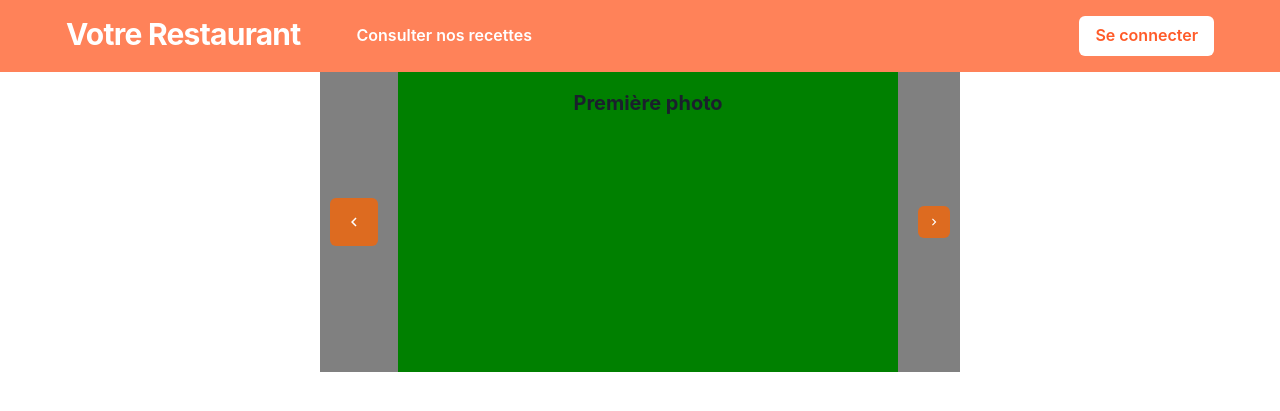
Repository: Ecaron76/tp-restau-next
Page: /
These files come from the project's save history. The page is drawn as it stood at one moment and after the next save; the edit follows.
The browser window is 1280 px wide. The pictures show the whole page.
The project was rebuilt for these pictures with package versions that can differ from the ones it lists, and the page was loaded fresh each time. The framework's server and built-in components were replaced by stand-ins that run in the browser. Also part of the build but not shown: next.config.mjs.

Above is the page before, as saved 2024-02-25 18:57:45.

After the next save:
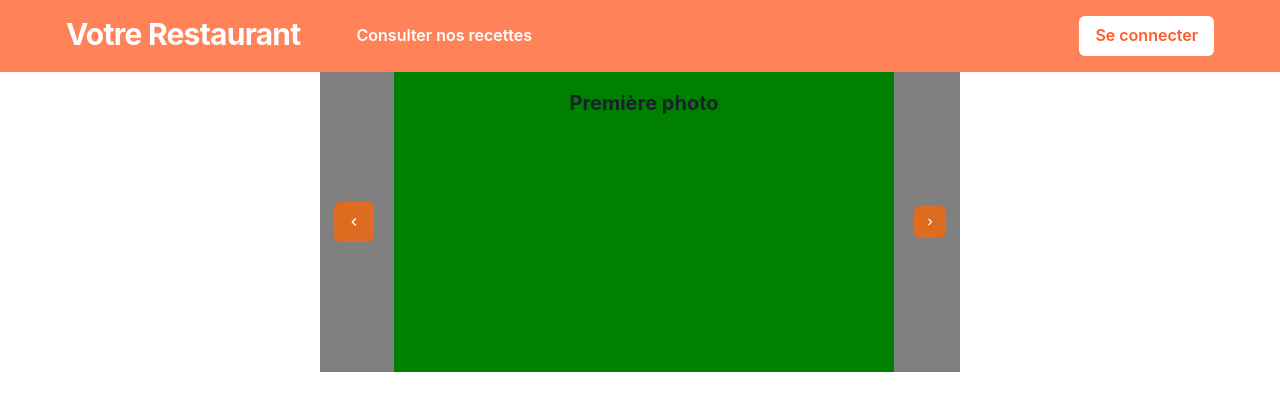
Saved 16 s later.
--- a/src/components/SliderResto/SliderResto.tsx
+++ b/src/components/SliderResto/SliderResto.tsx
@@ -23,7 +23,7 @@ export default function SliderResto() {
           onClick={goToPrevSlide}
           icon={<ChevronLeftIcon />}
           colorScheme="orange"
-          size="lg"
+          size="md"
           aria-label="Précédent"
         />
     <Box position="relative" textAlign="center" p={4} bg={'green'} width={'500px'} height={300}>
